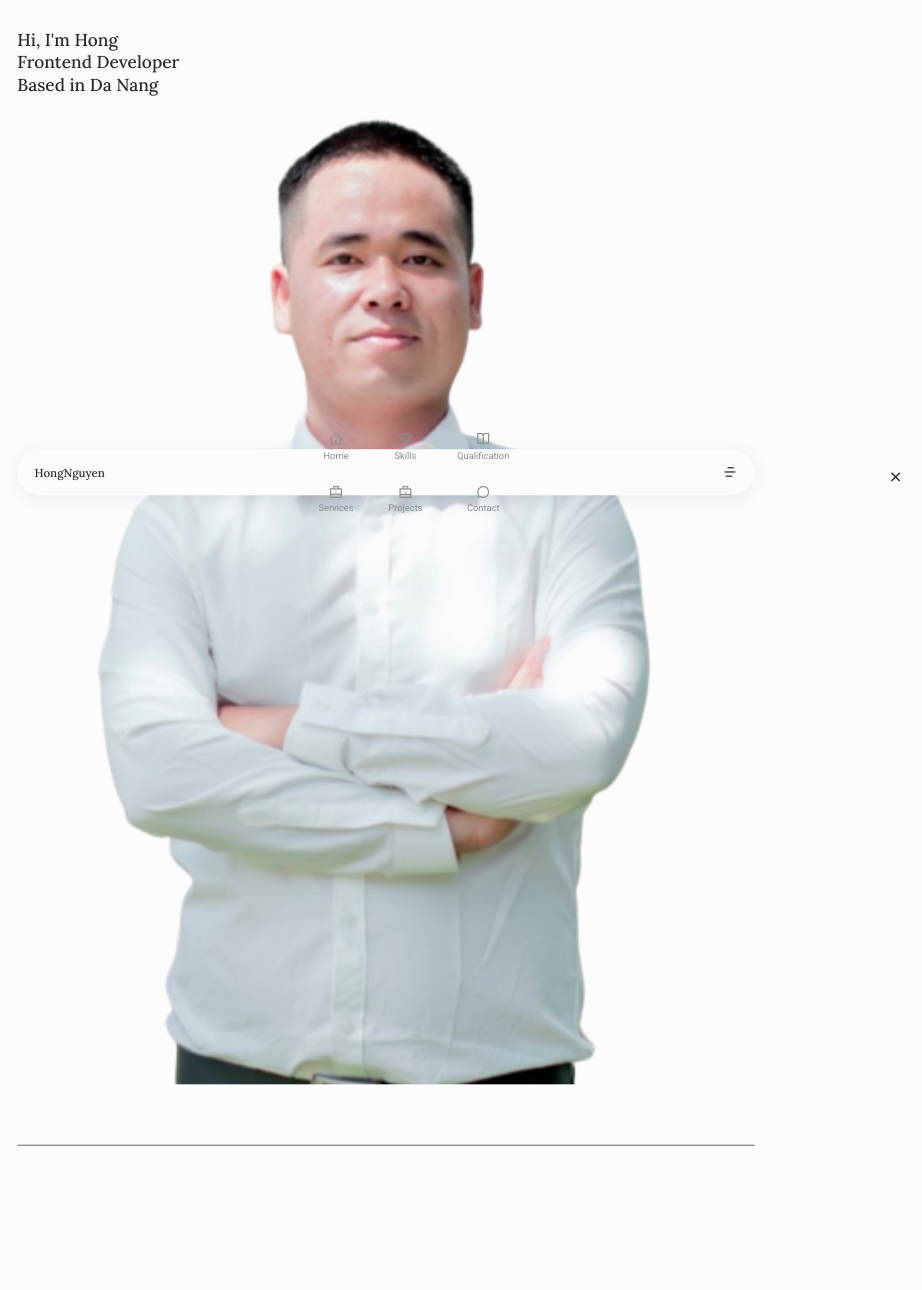
Repository: hnguyeng/myportfoliohongnguyen
Page: index.html
An editor plug-in stored every save of this project. The page is shown before and after the next save, followed by the edit.
The browser window is 1280 px wide. The pictures show the whole page, at 72% of full size.
Some web libraries are served in a nearby version.

Above is the page before, as saved 2023-07-17 12:44:22.

### index.html
<!DOCTYPE html>
<html lang="en">
<head>
    <meta charset="UTF-8">
    <meta name="viewport" content="width=device-width, initial-scale=1.0">
    <title>Document</title>
    <link rel="stylesheet" href="./assets/css/style.css">
    <!-- remixicon -->
    <link href="https://cdn.jsdelivr.net/npm/remixicon@3.4.0/fonts/remixicon.css" rel="stylesheet">
    <!-- google fonts -->
    <link rel="preconnect" href="https://fonts.googleapis.com">
    <link rel="preconnect" href="https://fonts.gstatic.com" crossorigin>
    <link href="https://fonts.googleapis.com/css2?family=Inter:wght@600&family=Lobster&family=Lora:wght@400;500;600&family=Permanent+Marker&family=Poppins:wght@300;400;500;600;700;800;900&family=Roboto:wght@400;500&display=swap" rel="stylesheet">
</head>
<body>
    <!-- header -->
    <header class="header" id="header">
        <nav class="nav container">
            <a href="#" class="nav__logo">
                HongNguyen
            </a>
            <div class="nav__menu" id="nav-menu">
                <ul class="nav__list grid">
                    <li class="nav__item">
                        <a href="#home" class="nav__link">
                            <i class="ri-home-5-line"></i> Home
                        </a>
                    </li>
                    <li class="nav__item">
                        <a href="#skills" class="nav__link">
                            <i class="ri-trophy-line"></i> Skills
                        </a>
                    </li>
                    <li class="nav__item">
                        <a href="#qualification" class="nav__link">
                            <i class="ri-book-open-line"></i> Qualification
                        </a>
                    </li>
                    <li class="nav__item">
                        <a href="#services" class="nav__link">
                            <i class="ri-briefcase-line"></i> Services
                        </a>
                    </li>
                    <li class="nav__item">
                        <a href="#projects" class="nav__link">
                            <i class="ri-briefcase-line"></i> Projects
                        </a>
                    </li>
                    <li class="nav__item">
                        <a href="#contact" class="nav__link">
                            <i class="ri-chat-3-line"></i> Contact
                        </a>
                    </li>

                </ul>
                <!-- close button -->
                <div class="nav__close" id="nav-close">
                    <i class="ri-close-line"></i>
                </div>
            </div>
            <div class="nav__buttons">
                <!-- Theme change button -->
                <!-- <i class="ri-moon-line change theme" id="theme-button"></i> -->
                <!-- Toggle button -->
                <div class="nav__toggle" id="nav-toggle">
                    <i class="ri-menu-4-line"></i>
                </div>
            </div>
        </nav>
    </header>
    <!-- main -->
    <main class="main">
        <!-- ==============HOME=============== -->
        <section class="home section" id="home">
            <div class="home__container container grid section__border">
                <div class="home__data grid">
                    <h1 class="home__title">
                        Hi, I'm Hong <br>
                        Frontend Developer <br>
                        Based in Da Nang <br>
                    </h1>
                    <div class="home__blob grid">
                        <div class="home__perfil">
                            <img src="./assets/imgs/perfil.png" alt="home perfil">
                        </div>
                        <!-- <img src="./assets/imgs/shape-wawes.svg" alt="" class="home__shape-wawes"> -->
                        <!-- <img src="./assets/imgs/shape-circle.svg" alt="" class="home__shape-circle"> -->
                    </div>
                    <ul class="home__social">
                        <a href="#" target="_blank" class="home__social-link">
                        </a>
                        <a href="#" target="_blank" class="home__social-link"></a>
                        <a href="#" target="_blank" class="home__social-link"></a>
                    </ul>
                </div>
            </div>
        </section>
        <!-- ================SKILLS=========== -->
        <section class="skills section" id="skills"></section>
        <!-- =============QUALIFICATION============= -->
        <section class="qualification section" id="qualification"></section>
    </main>

    <script src="./assets/js/main.js"></script>
</body>
</html>

### assets/css/style.css
/* =============VARIABLES CSS============ */
:root {
    --header-height: 3.5rem;
    /* ========= Colors ========== */
    /*Colors mode HSL(hue, saturation, lightness)*/
    --first-color: hsl(207, 65%, 65%);
    --title-color: hsl(207, 4%, 16%);
    --text-color: hsl(207, 4%, 28%);
    --text-color-light: hsl(207, 4%, 56%);
    --body-color: hsl(207, 4%, 99%);
    /* Change the first number */
    /* Blue: 207 - Purple: 250 - Pink: 356 - Teal: 174 */
    --gradient-color: linear-gradient(180deg,
                         hsla(207, 48%, 72%, 0),
                         hsla(207, 65%, 65%, 1));
    /* ========== Font and typography ========== */
    /*.5rem = 8px | 1rem = 16px ... */
    --body-font: 'Roboto', sans-serif;
    --title-font: 'Lora', serif;
    --biggest-font-size: 1.5rem;
    --h1-font-size: 1.5rem;
    --h2-font-size: 1.25rem;
    --h3-font-size: 1rem;
    --normal-font-size:.938rem;
    --small-font-size:.813rem;
    --smaller-font-size:.75rem;
    --tiny-font-size:.625rem;
    /* ==========Font weight======== */
    --font-medium: 500;
    --font-semi-bold: 600;
    /* ===========z index======== */
    --z-normal: 1;
    --z-tooltip: 10;
    --z-fixed: 100;
}
/* Reponsive typographt */
@media screen and (min-width: 1024px) {
    :root {
        --biggest-font-size: 3rem;
        --h1-font-size: 2.25rem;
        --h2-font-size: 1.rem;
        --h3-font-size: 1.25rem;
        --normal-font-size: 1rem;
        --small-font-size: .875rem;
        --smaller-font-size: .813rem;
        --tiny-font-size: .688rem;
    }
}
/* ===============BASE============= */
*{
    margin: 0;
    padding: 0;
    box-sizing: border-box;
}
html{
    scroll-behavior: smooth;
}
body{
    font-family: var(--body-font);
    font-size: var(--normal-font-size);
    background-color:var(--body-color);
    color: var(--text-color);
}
h1,h2,h3{
    color: var(--title-color);
    font-family: var(--title-font);
    font-weight: var(--font-medium);
}
ul{
    list-style: none;
}
a{
    text-decoration: none;
}
img{
    width: 100%;
    height: auto;
}
/* ===========REUSABLE CSS CLASSES============ */
.container{
    max-width: 1024px;
    margin-inline: 1.5rem;
}
.grid{
    display: grid;
    gap: 1.5rem;
}
.section{
    padding-block: 2.5rem;
}
.section__border{
    border-bottom: 1px solid var(--title-color);
    padding-bottom: 3.5rem;
}
.section__title,
.section__subtitle{
    text-align: center;
}
.section__title{
    font-size: var(--h1-font-size);
    font-weight: var(--font-semi-bold);
    margin-bottom: .25rem;
}
.section__subtitle{
    display: block;
    font-size: var(--small-font-size);
    color: var(--text-color-light);
    margin-bottom: 3rem;
}
.main{
    overflow: hidden;
}
/* ============= HEADER AND NAV ============ */
.header{
    width: 100%;
    position: fixed;
    bottom: 2rem;
    left: 0;
    z-index: var(--z-fixed);
}
.nav{
    height: calc(var(--header-height) + .5rem);
    display: flex;
    justify-content: space-between;
    align-items: center;
    background-color: var(--body-color);
    box-shadow: 0 4px 20px hsla(207, 24%, 35%, .1);
    padding-inline: 1.5rem;
    border-radius: 3rem;
}
.nav__logo,
.nav__toggle,
.nav__close{
    color: var(--title-color);
}
.nav__logo{
    font-weight: var(--font-medium);
    font-family: var(--title-font);
}
.nav__toggle{
    display: flex;
    font-size: 1.25rem;
    cursor: pointer;
}
@media screen and (max-width:1023px) {
    .nav__menu{
        position: fixed;
        width: 88%;
        right: 0;
        left: 0;
        bottom: -60%;
        margin: 0 auto;
        background-color: var(--body-color);
        box-shadow: 0 4px 20px hsla(207, 24%, 35%, .1);
        padding: 2rem 1.5rem 5rem;
        border-radius: 2rem;
        transition: bottom .3s;
    }
}
.nav__list{
    grid-template-columns: repeat(3, max-content);
    justify-content: center;
    gap: 2rem 3rem;
}
.nav__link{
    display: flex;
    flex-direction: column;
    align-items: center;
    row-gap: .25rem;
    font-size: var(--smaller-font-size);
    color: var(--text-color-light);
    transition: color .3s;
}
.nav__link:hover{
    color: var(--title-color);
}
.nav__link i{
    font-size: 1.25rem;
}
.nav__close{
    position: absolute;
    right: 1.5rem;
    bottom: .7rem;
    font-size: 1.5rem;
    cursor: pointer;
}
/* Show menu  */
.show-menu{
    bottom: 2rem;
}

### assets/js/main.js
/*=============== SHOW MENU ===============*/
const navMenu = document.getElementById('nav-menu'),
      navToggle = document.getElementById('nav-toggle'),
      navClose = document.getElementById('nav-close')

/*===== MENU SHOW =====*/
/* Validate if constant exists */
if(navToggle){
    navToggle.addEventListener('click', () =>{
        navMenu.classList.add('show-menu')
    })
}

/*===== MENU HIDDEN =====*/
/* Validate if constant exists */
if(navClose){
    navClose.addEventListener('click', () =>{
        navMenu.classList.remove('show-menu')
    })
}
/*=============== REMOVE MENU MOBILE ===============*/
const navLink = document.querySelectorAll('.nav__link')

const linkAction = () =>{
    const navMenu = document.getElementById('nav-menu')
    // When we click on each nav__link, we remove the show-menu class
    navMenu.classList.remove('show-menu')
}
navLink.forEach(n => n.addEventListener('click', linkAction))

After the next save:
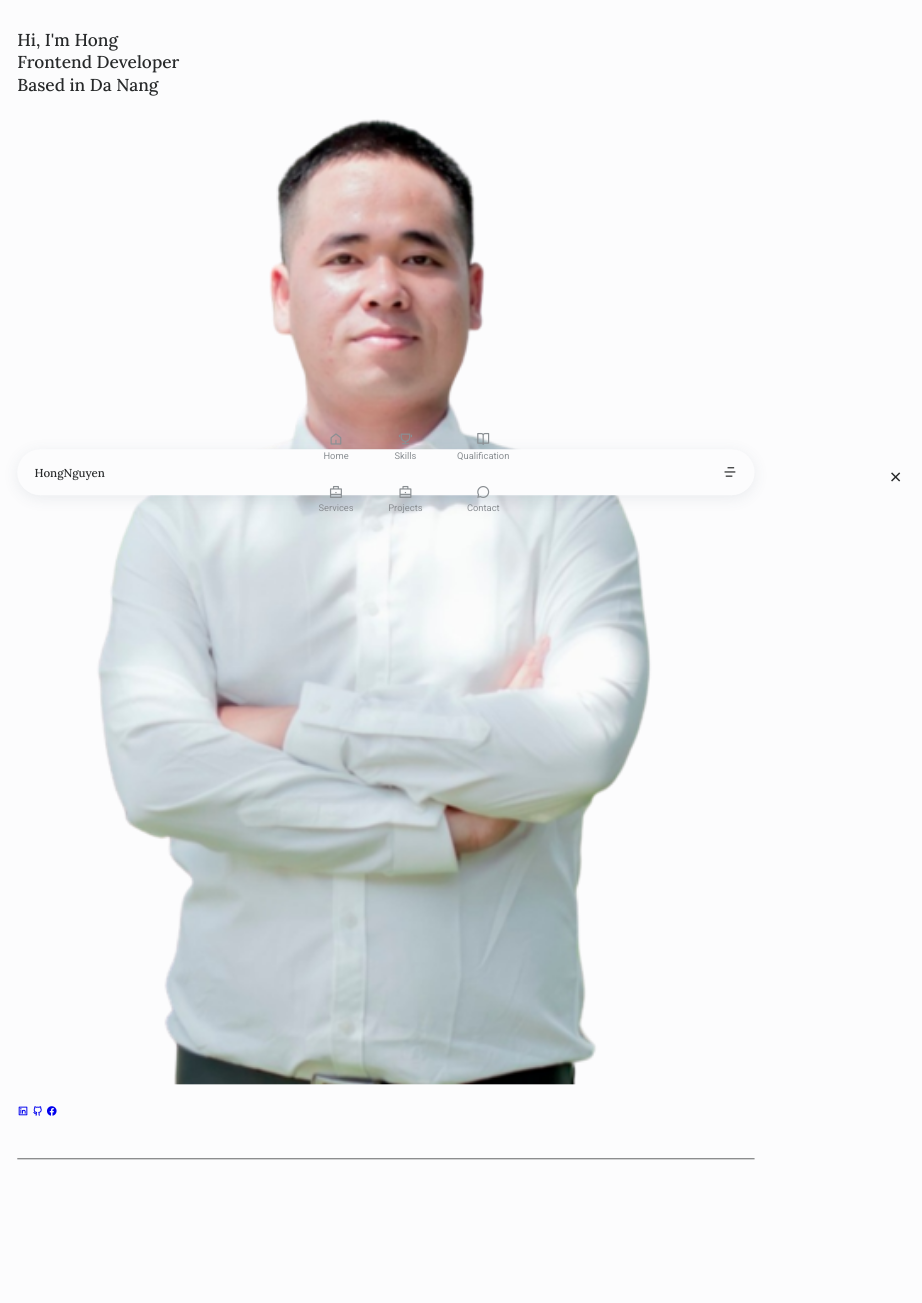
Saved 10 min 35 s later.
--- a/index.html
+++ b/index.html
@@ -87,10 +87,15 @@
                         <!-- <img src="./assets/imgs/shape-circle.svg" alt="" class="home__shape-circle"> -->
                     </div>
                     <ul class="home__social">
-                        <a href="#" target="_blank" class="home__social-link">
+                        <a href="https://www.linkedin.com/in/hongnguyen22/" target="_blank" class="home__social-link">
+                            <i class="ri-linkedin-box-line"></i>
                         </a>
-                        <a href="#" target="_blank" class="home__social-link"></a>
-                        <a href="#" target="_blank" class="home__social-link"></a>
+                        <a href="https://github.com/hnguyeng" target="_blank" class="home__social-link">
+                            <i class="ri-github-line"></i>
+                        </a>
+                        <a href="https://www.facebook.com/Hin229" target="_blank" class="home__social-link">
+                            <i class="ri-facebook-circle-fill"></i>
+                        </a>
                     </ul>
                 </div>
             </div>
